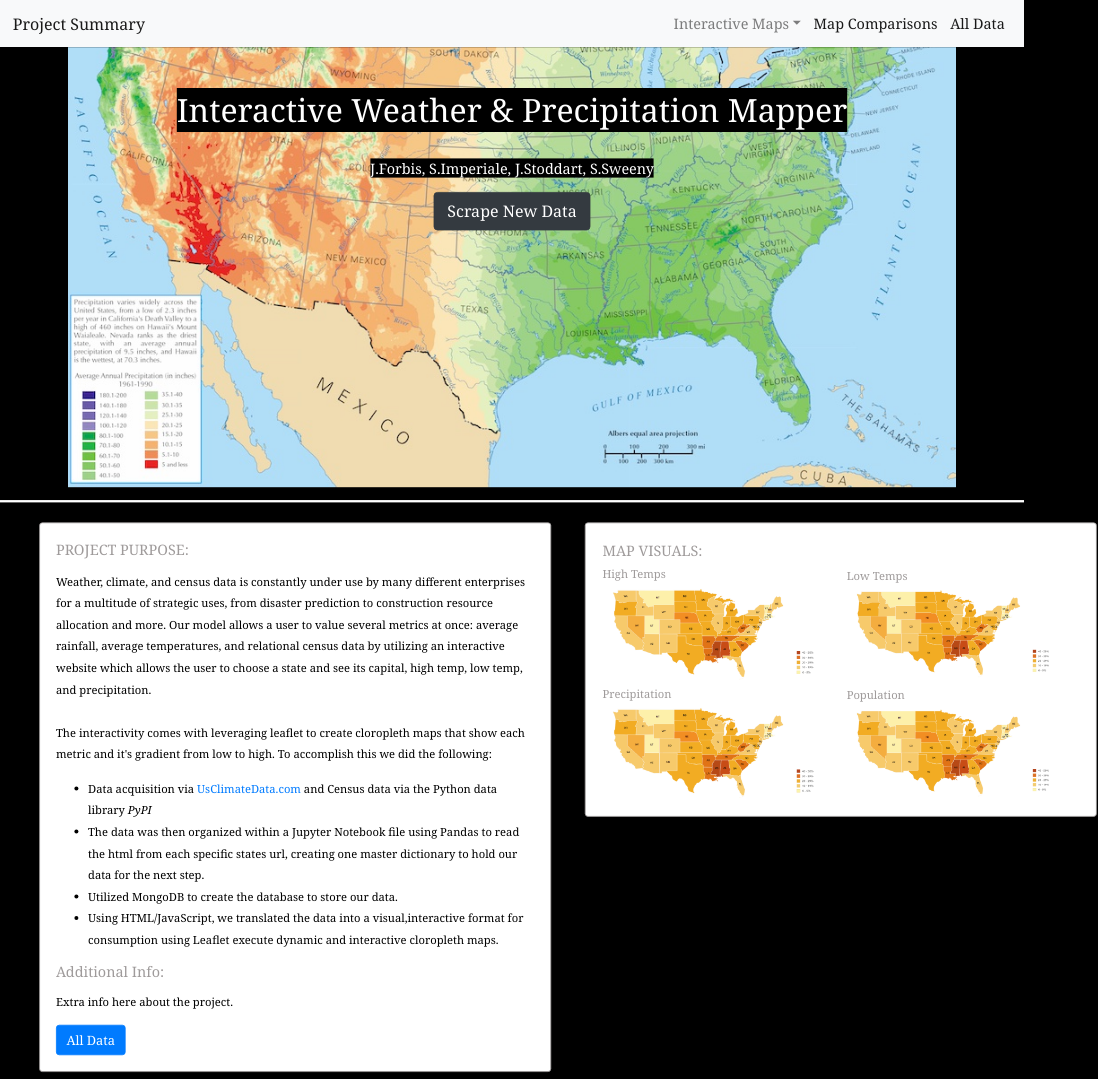
Repository: jforbis/project3-weathermap
Page: index.html
These files come from the project's save history. The page is drawn as it stood at one moment and after the next save; the edit follows.
The browser window is 1280 px wide. The page is 1372 px wide, so the pictures cover 1372 px, including what lies to the right of the window. The pictures show the whole page, at 80% of full size.
Backgrounds fixed to the window are drawn as part of the page.

Above is the page before, as saved 2021-03-09 23:13:07.

After the next save:
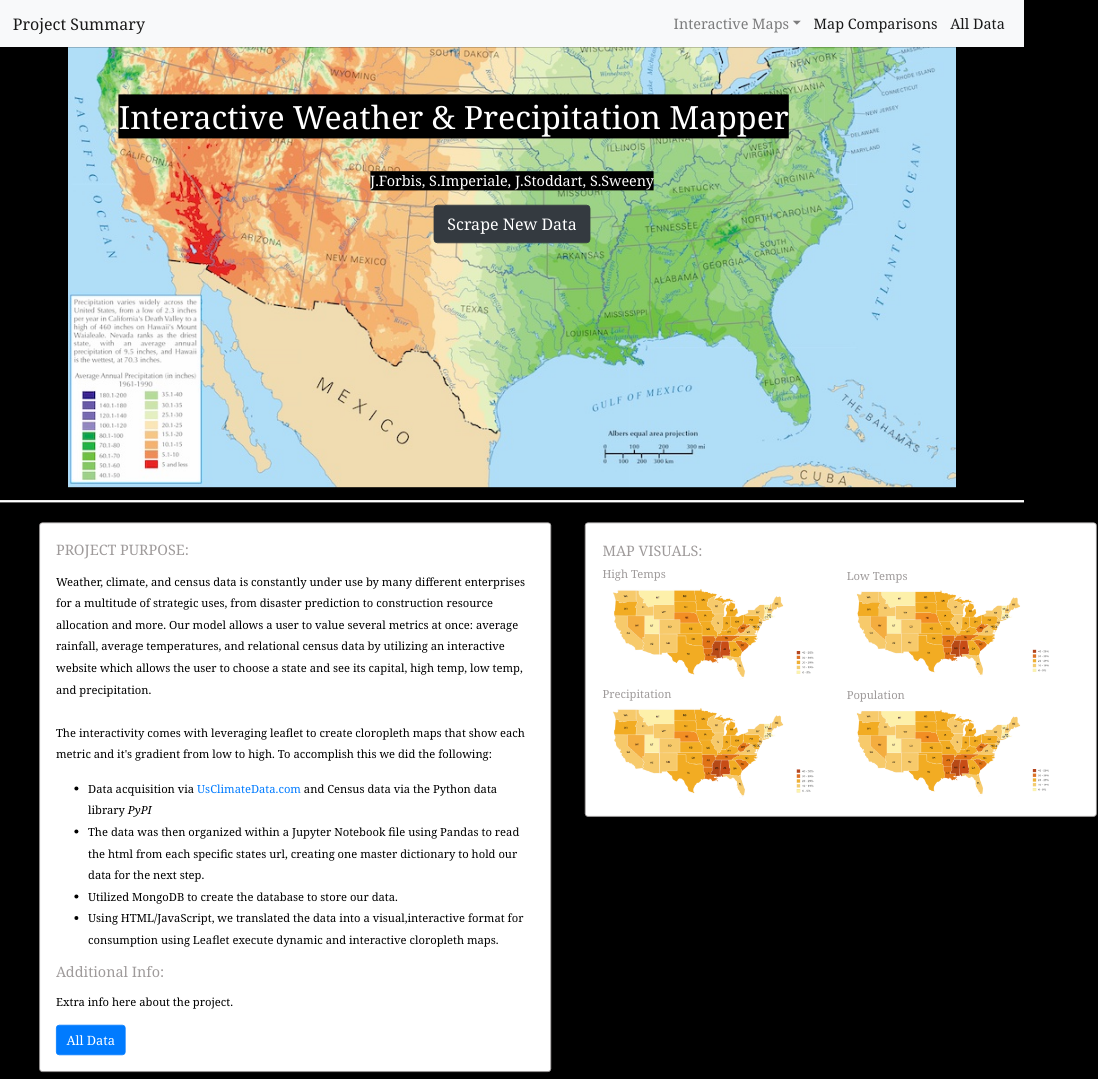
Saved 33 s later.
--- a/index.html
+++ b/index.html
@@ -43,7 +43,9 @@
 <!-- First div is a container for the title and scraper button -->
 <div class="container">
     <div class="hero text-center">
+        <div class="d-flex p-2">
         <h1><span class="title">Interactive Weather & Precipitation Mapper</span></h1>
+        </div>
         <p><span style="background-color: #000000">J.Forbis, S.Imperiale, J.Stoddart, S.Sweeny</span></p>
         <p><a class="btn btn-dark btn-lg" href="/scrape" role="button">Scrape New Data</a></p>
     </div>

After the save that followed:
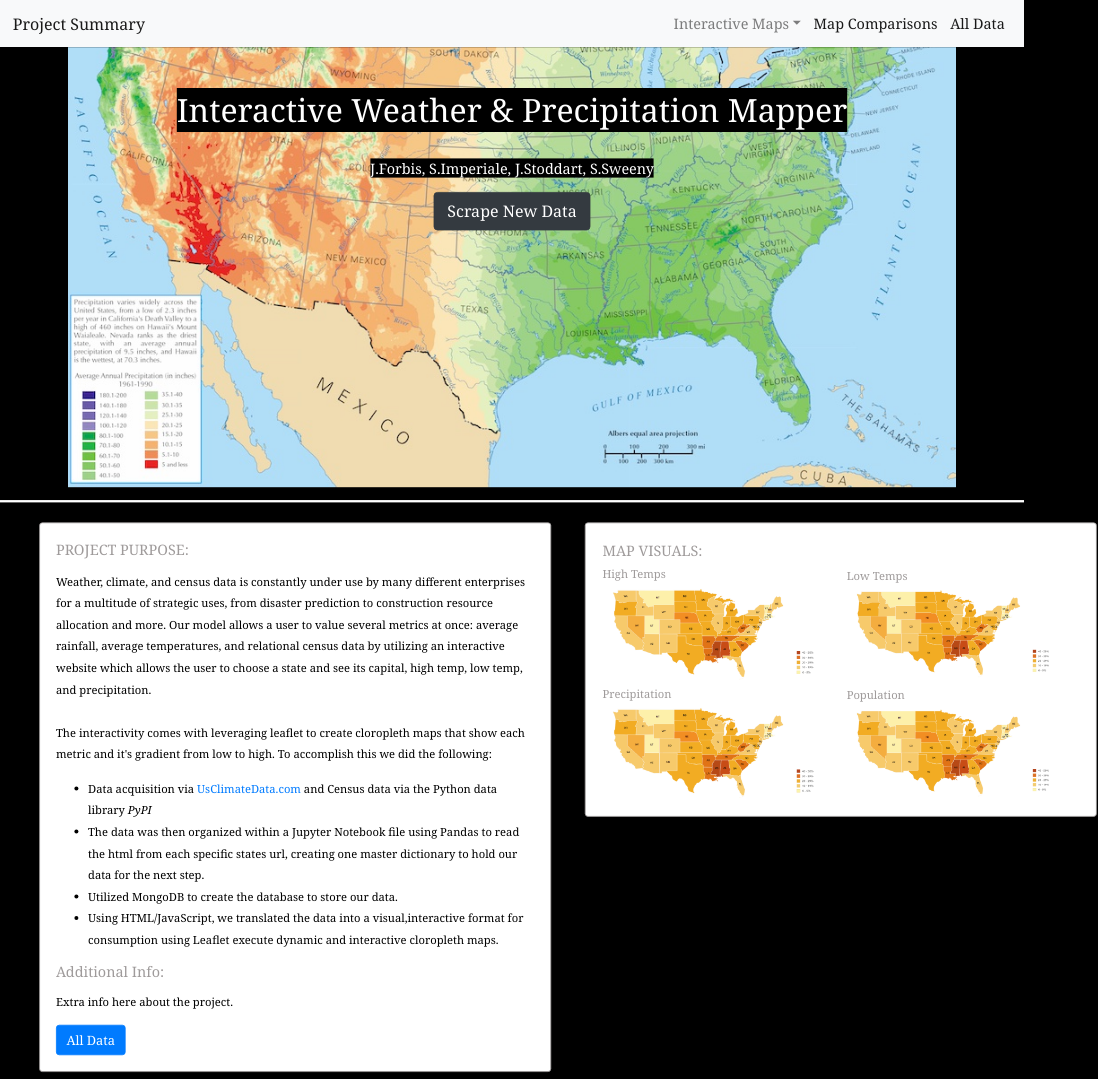
Saved 25 s later.
--- a/index.html
+++ b/index.html
@@ -43,9 +43,7 @@
 <!-- First div is a container for the title and scraper button -->
 <div class="container">
     <div class="hero text-center">
-        <div class="d-flex p-2">
         <h1><span class="title">Interactive Weather & Precipitation Mapper</span></h1>
-        </div>
         <p><span style="background-color: #000000">J.Forbis, S.Imperiale, J.Stoddart, S.Sweeny</span></p>
         <p><a class="btn btn-dark btn-lg" href="/scrape" role="button">Scrape New Data</a></p>
     </div>
